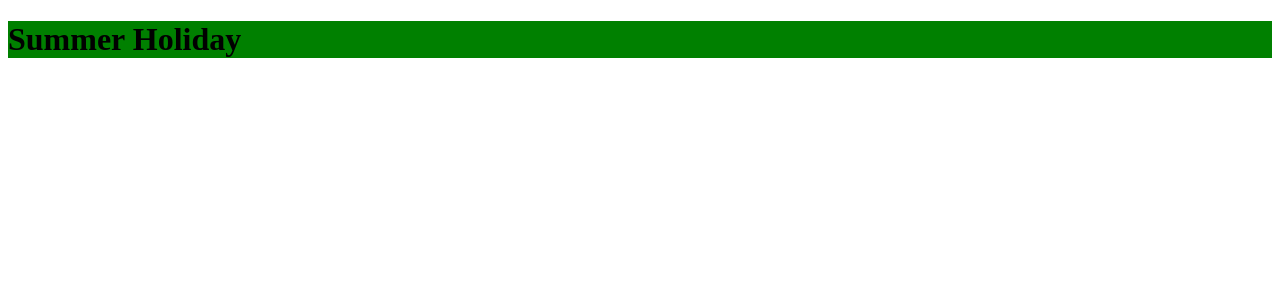
Repository: Lehuyhuynh/BT1-CSS
Page: index.html
An editor plug-in stored every save of this project. The page is shown before and after the next save, followed by the edit.
The browser window is 1280 px wide. The pictures show the whole page.

Above is the page before, as saved 2023-08-16 14:26:19.

After the next save:
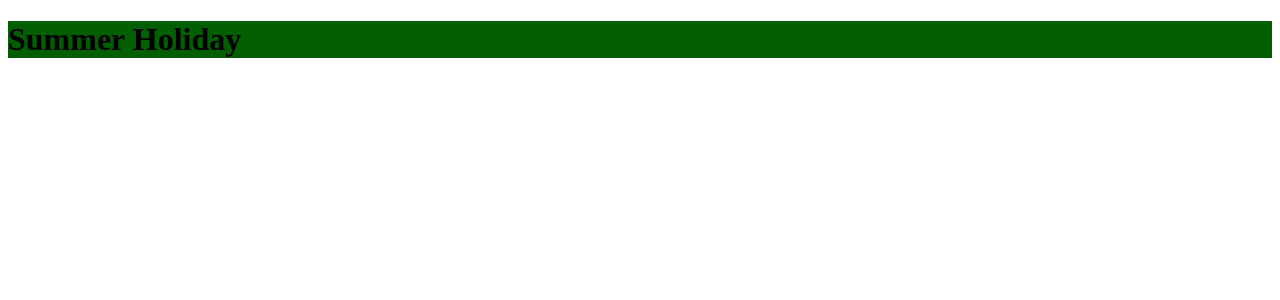
Saved 5 s later.
--- a/style.css
+++ b/style.css
@@ -3,5 +3,5 @@
 }
 .head
 {
-  background-color: green;
+  background-color: rgb(1, 94, 1);
 }
